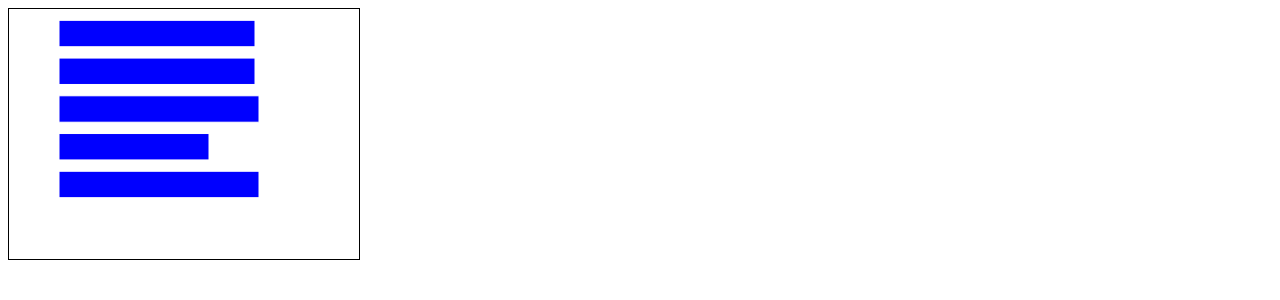
Repository: ducdatit2002/Data-Visualization-Coursera
Page: WEEK2/Demo/demo_adding_annotations.html
An editor plug-in stored every save of this project. The page is shown before and after a run of saves, followed by the edit.
The browser window is 1280 px wide. The pictures show the whole page.

Above is the page before, as saved 2023-10-07 00:15:37.
Console error: ReferenceError: let is not defined

### WEEK2/Demo/demo_adding_annotations.html
<html>
  <head></head>
  <body>
    <svg
      id="container"
      height="250"
      width="350"
      style="border: 1px solid black"
    >
      <g id="body" style="transform: translate(50px, 0px)"></g>
      <g id="yAxis"></g>
      <g id="xAxis"></g>
    </svg>
  </body>
  <script src="https://cdn.jsdelivr.net/npm/d3@7"></script>
  <script>
    let body = d3.select("#body");
    d3.csv("data.csv").then(showData);

    function showData(clients) {
      let max = d3.max(clients, d => d.Weight);
      let scale = d3.scaleLinear().range([0, 200]).domain([0, max]);

      let scalePosition = d3.scaleBand()
      .range([0, 200])
      .domain(clients.map(d => d.Name))
      .padding(0.3);

      let join = body.selectAll("rect").data(clients);

      join
        .enter()
        .append("rect")
        .style("fill", "blue")
        .style("stroke", "white")
        .attr("width", d => scale(d.Weight))
        .attr("height", scalePosition.bandwidth())
        .attr("y", (d) => scalePosition(d.Name));

    let
    }
  </script>
</html>

After the next 2 saves:
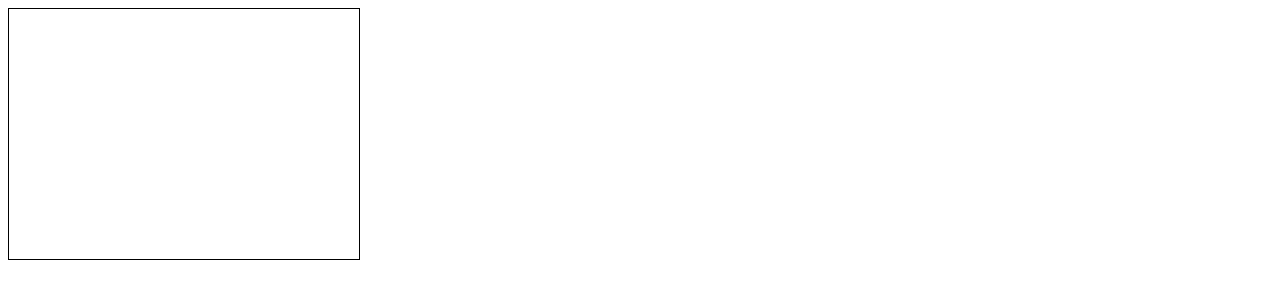
Console error: SyntaxError: Unexpected token '}'
The 2 saves are shown as one change because they came seconds apart.
The last was saved 7 s later.
--- a/WEEK2/Demo/demo_adding_annotations.html
+++ b/WEEK2/Demo/demo_adding_annotations.html
@@ -37,7 +37,7 @@
         .attr("height", scalePosition.bandwidth())
         .attr("y", (d) => scalePosition(d.Name));
 
-    let
+    let xAxis = d3.
     }
   </script>
 </html>

After the save that followed:
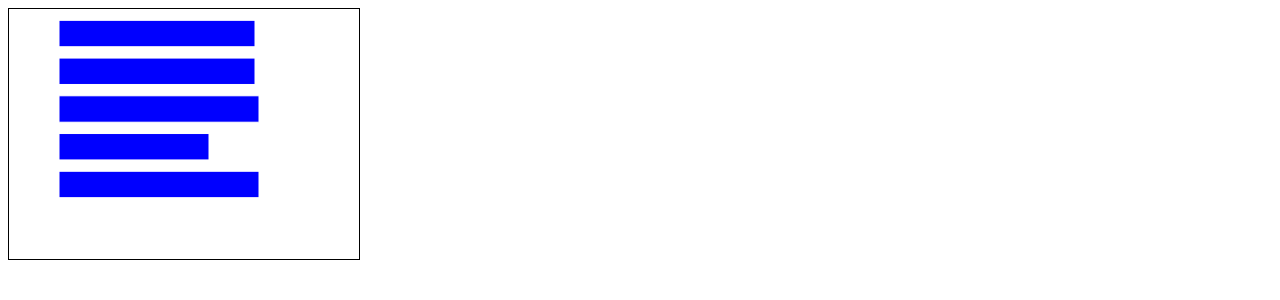
The error is gone.
Saved 6 s later.
--- a/WEEK2/Demo/demo_adding_annotations.html
+++ b/WEEK2/Demo/demo_adding_annotations.html
@@ -37,7 +37,7 @@
         .attr("height", scalePosition.bandwidth())
         .attr("y", (d) => scalePosition(d.Name));
 
-    let xAxis = d3.
+    let xAxis = d3.axisBottom()
     }
   </script>
 </html>
